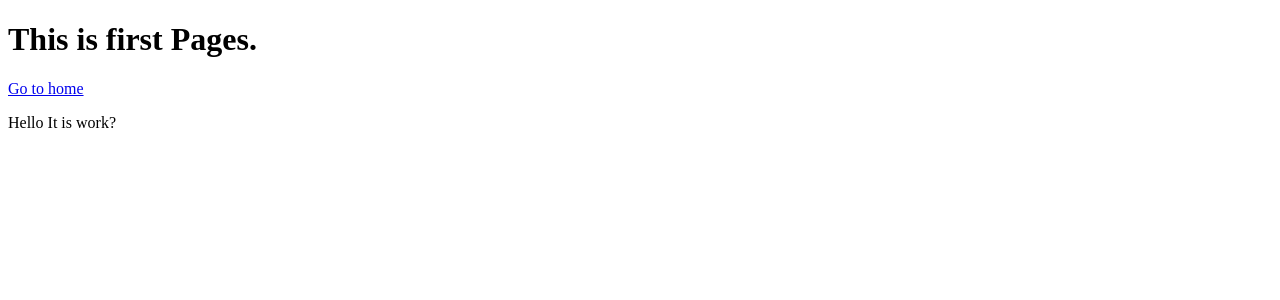
Repository: ThantLwinSoe/Servlet
Page: 01-Communication/src/main/webapp/FirstPage.html
An editor plug-in stored every save of this project. The page is shown before and after the next save, followed by the edit.
The browser window is 1280 px wide. The pictures show the whole page.

Above is the page before, as saved 2023-02-07 03:23:10.

After the next save:
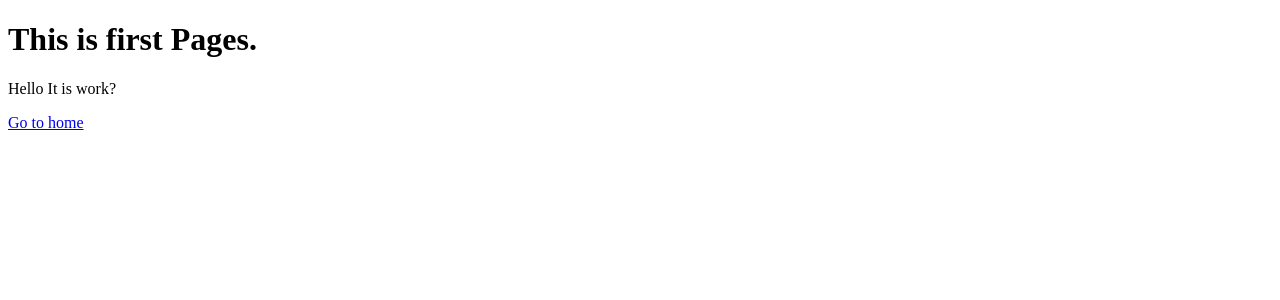
Saved 50 s later.
--- a/01-Communication/src/main/webapp/FirstPage.html
+++ b/01-Communication/src/main/webapp/FirstPage.html
@@ -6,7 +6,8 @@
 </head>
 <body>
 	<h1>This is first Pages.</h1>
+	<p>Hello It is work?</p>
 	<a href="index.html">Go to home</a>
-	<p>Hello It is work?</p>
+
 </body>
 </html>
